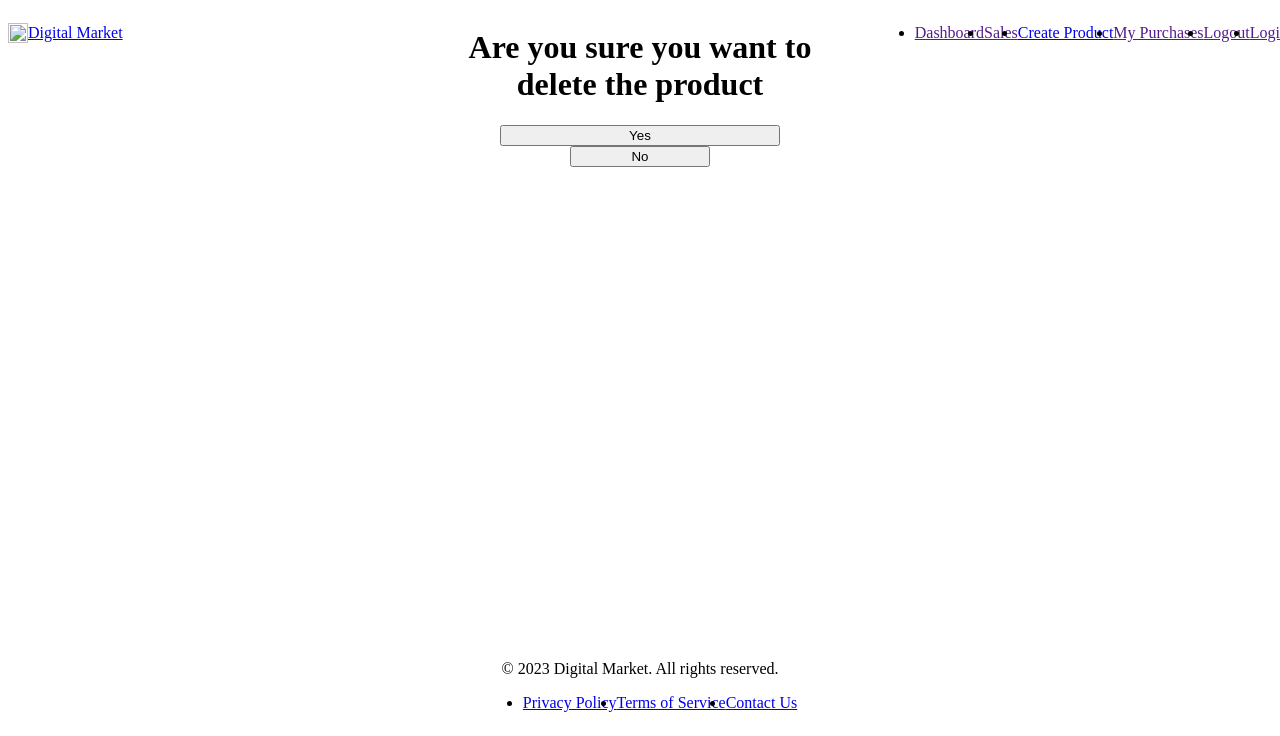
Repository: Zedestar/DigitalMarket_django
Page: http://localhost/delete_product/5/
The author's editor kept a copy of each file at every save. The page is drawn from the files as they stood at one save, then again after the next save.
The browser window is 1280 px wide. The pictures show the whole page.
The page is served by the project's application, run on Django 5.2 (manage.py). Other server files are loaded and not shown. Style sheets and scripts are compiled from the project's sources, by tool versions that may differ from the author's. The page reads the database file committed with the project.

Above is the page before, as saved 2025-03-28 11:01:31.

### myapp/templates/myapp/delete_product.html
{% extends 'base.html' %}
{% block body %}
    <div class="shadow-lg flex items-center justify-center h-full w-full">
        <form method="POST"
              class="w-1/3 my-16 mx-auto bg-white p-6 rounded-lg shadow-lg">
            {% csrf_token %}
            <h1 class="text-center m-4 font-bold text-lg">Are you sure you want to delete the product</h1>
            <div class="w-full mb-4 flex items-center justify-center">
                <button type="submit"
                        class="w-2/3 bg-green-200 text-white py-2 rounded hover:bg-green-600 transition">Yes</button>
            </div>
            <div class="w-full mb-4 flex items-center justify-center">
                <button type="submit"
                        class="w-1/3 bg-green-500 text-white py-2 rounded hover:bg-green-600 transition">No</button>
            </div>
        </form>
    </div>
{% endblock body %}

### templates/base.html
{% load static %}
<!DOCTYPE html>
<html lang="en">
    <head>
        <meta charset="UTF-8">
        <meta name="viewport" content="width=device-width, initial-scale=1.0">
        <meta name="keywords">
        <meta name="description">
        <title>Document</title>
        <link rel="stylesheet" href="{% static 'tailwind/styles.css' %}">
    </head>
    <body class="bg-gray-200 flex flex-col min-h-screen">
        {% include 'partials/navbar.html' %}
        {% if messages %}
            <div id="successModal"
                 class="fixed inset-0 flex items-center justify-center bg-gray-900 bg-opacity-50">
                <div class="bg-white rounded-lg p-6 w-96 shadow-lg">
                    <h2 class="text-lg font-bold text-green-600">Success</h2>
                    <p class="mt-2 text-gray-600">
                        {% for message in messages %}{{ message }}{% endfor %}
                    </p>
                    <button onclick="closeModal()"
                            class="mt-4 bg-green-500 text-white px-4 py-2 rounded hover:bg-green-600">OK</button>
                </div>
            </div>
            <script>
    document.addEventListener("DOMContentLoaded", function () {
        var successModal = document.getElementById("successModal");
        if (successModal) {
            setTimeout(() => {
                successModal.style.display = "none";
            }, 3000); // Auto-hide after 3 seconds
        }
    });

    function closeModal() {
        document.getElementById("successModal").style.display = "none";
    }
            </script>
        {% endif %}
        <main class="flex-1 mt-10">
            {% block body %}
            {% endblock body %}
        </main>
        {% include 'partials/footer.html' %}
    </body>
</html>

### templates/partials/navbar.html
<nav class="fixed top-0 w-full z-10">
    <div class="flex justify-between shadow-lg py-2 text-sm font-medium">
        <a href="{% url 'index_view' %}"
           class="flex items-center justify-center ml-6">
            <img src="" alt="" height="20px" width="20px">
            <span class="mx-2 text-green-600 text-24">Digital Market</span>
        </a>
        <ul class="mr-6 flex">
            <li class="mx-4">
                <a href="">Dashboard</a>
            </li>
            <li class="mx-4">
                <a href="">Sales</a>
            </li>
            <li class="mx-4">
                <a href="{% url 'create_product' %}">Create Product</a>
            </li>
            <li class="mx-4">
                <a href="">My Purchases</a>
            </li>
            <li class="mx-4">
                <a href="">Logout</a>
            </li>
            <li class="mx-4">
                <a href="">Login</a>
            </li>
        </ul>
    </div>
</nav>

### templates/partials/footer.html
<footer class="bg-gray-200 text-black py-1 shadow-lg bottom-0 w-full">
    <div class="container mx-auto text-center">
        <p>&copy; 2023 Digital Market. All rights reserved.</p>
        <ul class="flex justify-center">
            <li class="mx-4">
                <a href="#" class="hover:underline">Privacy Policy</a>
            </li>
            <li class="mx-4">
                <a href="#" class="hover:underline">Terms of Service</a>
            </li>
            <li class="mx-4">
                <a href="#" class="hover:underline">Contact Us</a>
            </li>
        </ul>
    </div>
</footer>

### myapp/models.py
from django.db import models
from django.conf import settings

# Create your models here.


class Category(models.Model):
    name = models.CharField(max_length=100, null=False, blank=False)
    description = models.TextField(null=True, blank=True)

    def __str__(self):
        return self.name



class Product(models.Model):
    name = models.CharField(max_length=100, null=False, blank=False)
    description = models.TextField()
    price = models.FloatField(null=False, blank=False)
    category = models.ForeignKey(Category, blank=False, null=True, on_delete=models.SET_NULL)
    photo = models.ImageField(upload_to='product-photos')
    created_at = models.DateTimeField(auto_now_add=True)
    updated_at = models.DateTimeField(auto_now=True)

    def __str__(self):
        return self.name


class Order(models.Model):
    user = models.ForeignKey(settings.AUTH_USER_MODEL, related_name="orders", on_delete=models.PROTECT)
    created_at = models.DateTimeField(auto_now_add=True)
    updated_at = models.DateTimeField(auto_now=True)
    total_amount = models.FloatField(default=0)
    status = models.CharField(max_length=100, choices=[
        ('Pending', 'Pending'),
        ('Completed', 'Completed'),
        ('Cancelled', 'Cancelled'),
        ], default='Pending')

    def __str__(self):
        return f"{ self.user.username} - {self.total_amount}"



class OrderItem(models.Model):
    order = models.ForeignKey(Order, related_name="items", on_delete=models.CASCADE)
    product = models.ForeignKey(Product, on_delete=models.PROTECT)
    quantity = models.IntegerField(default=1)
    color = models.CharField(max_length=100, choices=[
        ('Red', 'Red'),
        ('Blue', 'Blue'),
        ('Green', 'Green'),
        ('Brown', 'Brown'),

    ],  default='Red')



    def __str__(self):
        return f"Delivery {self.order.user} - {self.status}"

### myapp/views.py
from django.shortcuts import render, redirect
from django.contrib import messages
from .models import Product
from .forms import ProductForm

# Create your views here.


def index(request):
    products = Product.objects.all()
    context = {
        'products' : products
    }
    return render(request, 'myapp/index.html', context=context)


def product_details(request, pk):
    product = Product.objects.get(pk=pk)
    context = {
        'product' : product
    }
    return render(request, 'myapp/product_details.html', context=context)


def create_product(request):
    if request.method == "POST":
        form = ProductForm(request.POST, request.FILES)
        if form.is_valid():
            form.save()
            messages.success(request, "Product created successfully")
            return redirect("index_view")
    else:
        form = ProductForm()
    context = {
        "form" : form,
    }
    return render(request, 'myapp/create_product.html', context=context)


def edit_product(request, pk):
    product_to_edit = Product.objects.get(pk=pk)
    if request.method == "POST":
        form = ProductForm(request.POST, request.FILES, instance=product_to_edit)
        if form.is_valid():
            form.save()
            messages.success(request, "Product updated successfully")
            return redirect("index_view")
        else:
            messages.error(request, f"{form.errors}")
    else:
        form = ProductForm(instance=product_to_edit)
    context = {
        "form":form
    }
    return render(request, 'myapp/edit_product.html', context=context)


def delete_product(request, pk):
    product_to_delete = Product.objects.get(pk=pk)
    if request.method == "POST":
        messages.success(request, f"{product_to_delete.name} deleted successfully")
        product_to_delete.delete()
        return redirect("index_view")
    return render(request, 'myapp/delete_product.html', context={})

### DigitalMarket/urls.py
"""
URL configuration for DigitalMarket project.

The `urlpatterns` list routes URLs to views. For more information please see:
    https://docs.djangoproject.com/en/5.1/topics/http/urls/
Examples:
Function views
    1. Add an import:  from my_app import views
    2. Add a URL to urlpatterns:  path('', views.home, name='home')
Class-based views
    1. Add an import:  from other_app.views import Home
    2. Add a URL to urlpatterns:  path('', Home.as_view(), name='home')
Including another URLconf
    1. Import the include() function: from django.urls import include, path
    2. Add a URL to urlpatterns:  path('blog/', include('blog.urls'))
"""
from django.contrib import admin
from django.urls import path, include
from django.conf import settings
from django.conf.urls.static import static

urlpatterns = [
    path('admin/', admin.site.urls),
    path('', include('myapp.urls')),
]

urlpatterns += static(settings.MEDIA_URL, document_root=settings.MEDIA_ROOT)

### myapp/urls.py
from .  import views
from django.urls import path

urlpatterns = [
    path('', views.index, name='index_view'),
    path('product_details/<str:pk>/', views.product_details, name='product_details'),
    path('create_product', views.create_product, name='create_product'),
    path('edit_product/<str:pk>/', views.edit_product, name='edit_product'),
    path('delete_product/<str:pk>/', views.delete_product, name='delete_product'),
]

### db.sqlite3 (the tables this page reads, as SQL)
CREATE TABLE "myapp_product" ("id" integer NOT NULL PRIMARY KEY AUTOINCREMENT, "name" varchar(100) NOT NULL, "description" text NOT NULL, "price" real NOT NULL, "created_at" datetime NOT NULL, "updated_at" datetime NOT NULL, "photo" varchar(100) NOT NULL, "category_id" bigint NULL REFERENCES "myapp_category" ("id") DEFERRABLE INITIALLY DEFERRED);
INSERT INTO "myapp_product" VALUES
(5, 'watch', 'This is german watch', 90.0, '2025-03-19 15:09:57.364696', '2025-03-19 15:09:57.364696', 'product-photos/wallpaper_T6tvKyB.jpg', NULL),
(6, 'bicycle', 'THis is electric bucycle', 80.0, '2025-03-19 15:11:28.591059', '2025-03-19 15:11:28.591059', 'product-photos/wallpaper_3pVK7fH.jpg', NULL),
(7, 'Guitar', 'This is electric guiatar made with steal', 400.0, '2025-03-19 15:36:16.491002', '2025-03-19 15:36:16.496000', 'product-photos/zedddy.jpg', NULL),
(8, 'books', 'Made in China', 2.0, '2025-03-19 17:16:41.118921', '2025-03-19 17:16:41.118921', 'product-photos/tempFileForShare_20250207-083344.jpg', NULL),
(9, 'Silver Crest', 'Heavy duty', 30.0, '2025-03-19 17:18:02.422139', '2025-03-19 17:18:02.422139', 'product-photos/african_men.jpg', NULL),
(11, 'Car', 'Best self car', 20000.0, '2025-03-28 05:17:11.976292', '2025-03-28 05:17:11.976292', 'product-photos/Carrr.png', 1),
(12, 'Rolex watch', 'Water proof watch', 100.0, '2025-03-28 05:26:45.633340', '2025-03-28 05:26:45.633340', 'product-photos/watch.jpg', 2),
(13, 'Watch', 'This is the form resulted after edited', 11.0, '2025-03-28 05:38:41.486585', '2025-03-28 07:27:57.234266', 'product-photos/watch_FlOU8Bs.jpg', 2);

Loaded but not shown: static/tailwind/tailwindClasses.css (common file)

After the next save:
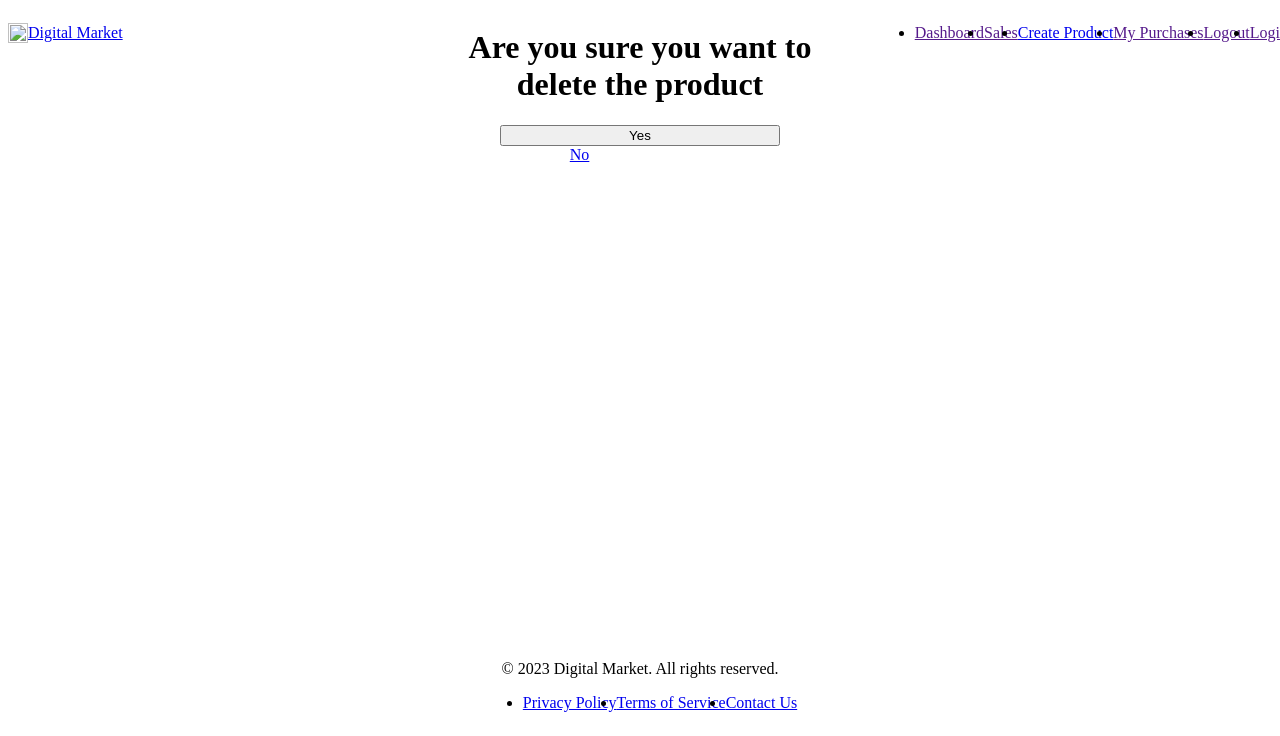
Saved 84 s later.
--- a/myapp/templates/myapp/delete_product.html
+++ b/myapp/templates/myapp/delete_product.html
@@ -10,8 +10,8 @@
                         class="w-2/3 bg-green-200 text-white py-2 rounded hover:bg-green-600 transition">Yes</button>
             </div>
             <div class="w-full mb-4 flex items-center justify-center">
-                <button type="submit"
-                        class="w-1/3 bg-green-500 text-white py-2 rounded hover:bg-green-600 transition">No</button>
+                <a href="{% url 'index_view' %}"
+                   class="w-1/3 bg-green-500 text-white py-2 rounded hover:bg-green-600 transition">No</a>
             </div>
         </form>
     </div>
